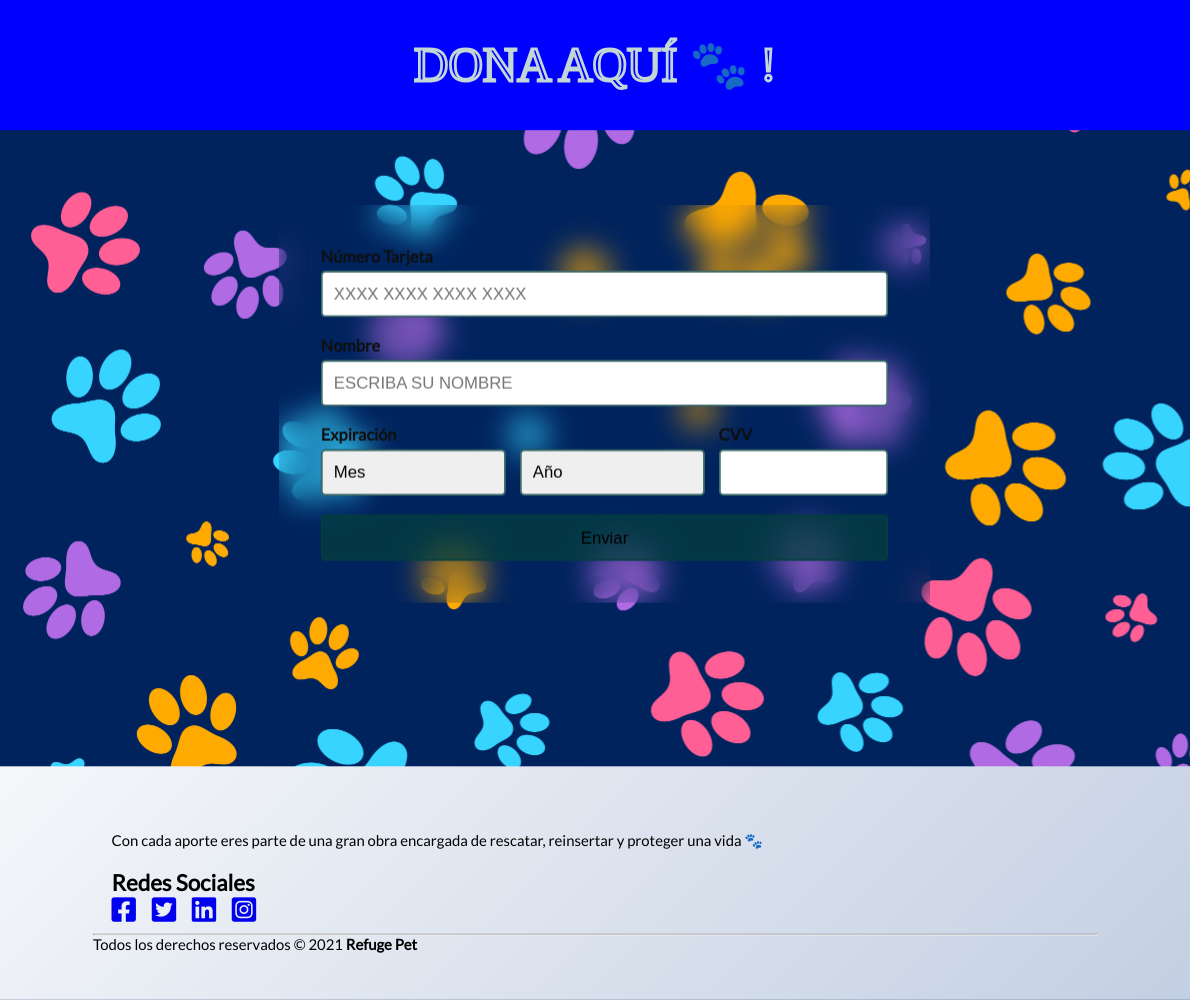
Repository: andreasvidal/SCL019-card-validation
Page: src/views/cardvalidation.html
An editor plug-in stored every save of this project. The page is shown before and after the next save, followed by the edit.
The browser window is 1280 px wide. The pictures show the whole page, at 93% of full size.
Some web fonts or font styles are not loaded; a fallback is used. Some web libraries are served in a nearby version.

Above is the page before, as saved 2022-04-13 09:53:07.

After the next save:
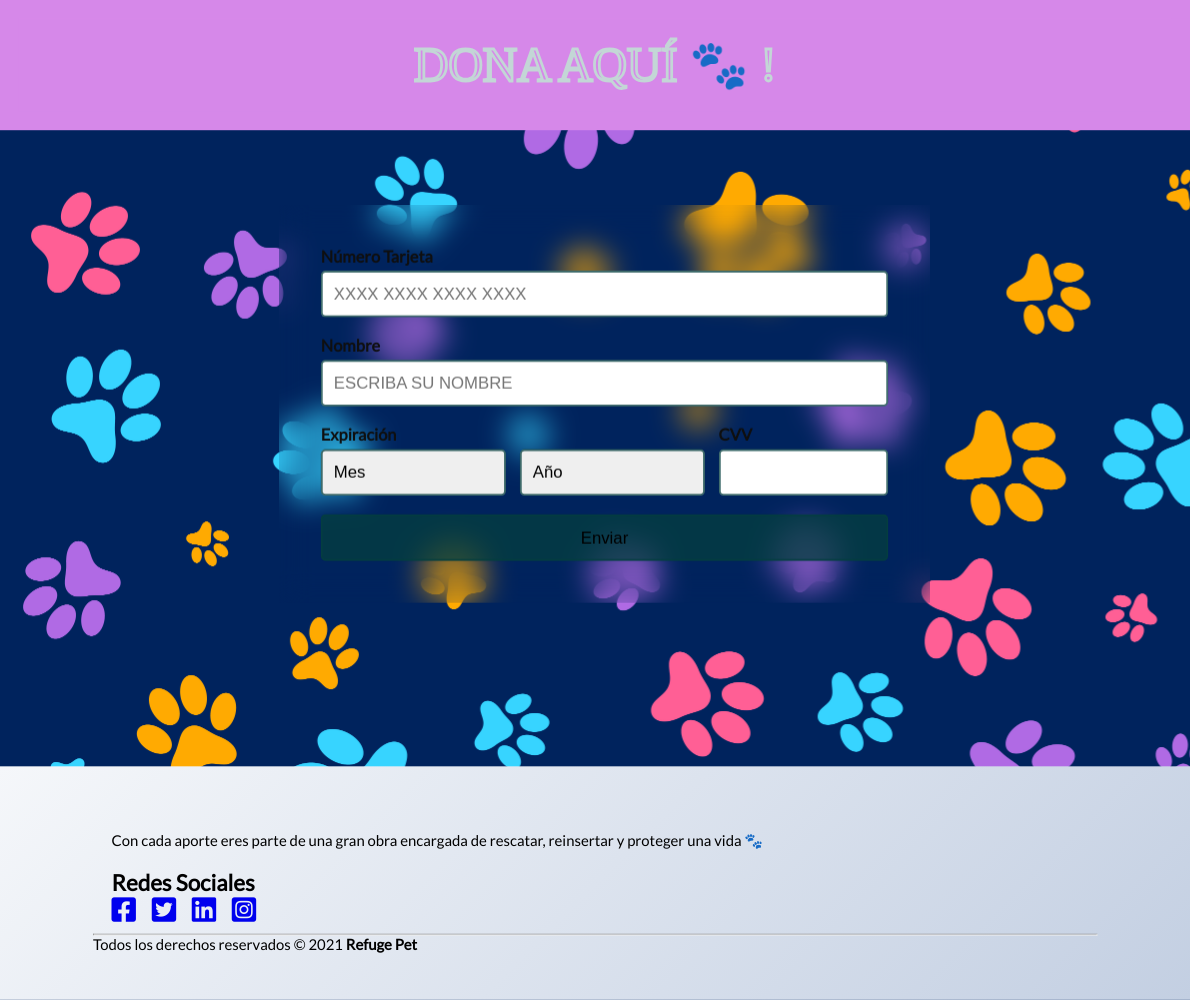
Saved 100 s later.
--- a/src/css/style.css
+++ b/src/css/style.css
@@ -31,7 +31,7 @@
      -webkit-text-fill-color: transparent;
      -webkit-text-stroke: 3px rgb(195, 214, 214);
      text-align: center;
-     background-color: blue;
+     background-color: rgb(214, 136, 233);
  }
 
  .img-banner {
